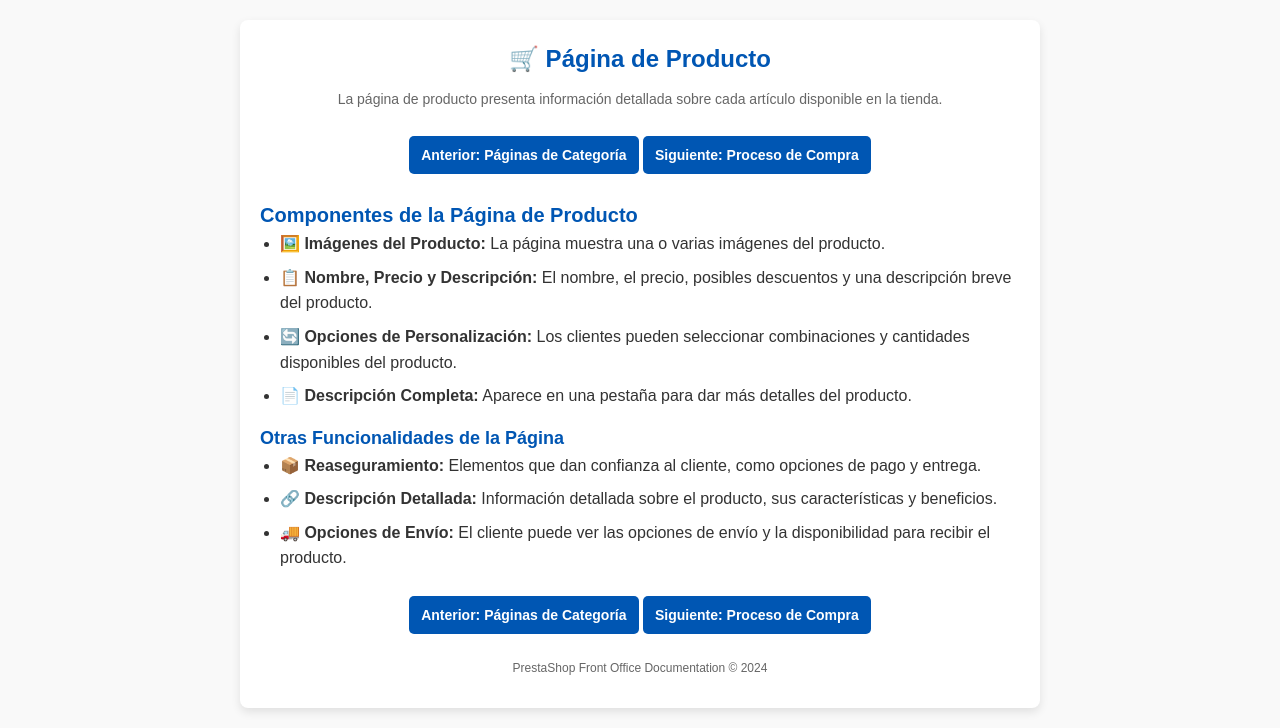
Repository: mag00s/documentacion-prestashop
Page: product-page.html
The author's editor kept a copy of each file at every save. The page is drawn from the files as they stood at one save, then again after the next save.
The browser window is 1280 px wide. The pictures show the whole page.

Above is the page before, as saved 2024-11-13 17:00:33.

### product-page.html
<!DOCTYPE html>
<html lang="es">
<head>
    <meta charset="UTF-8">
    <meta name="viewport" content="width=device-width, initial-scale=1.0">
    <title>Página de Producto - Manual</title>
    <link rel="stylesheet" href="styles.css">
</head>
<body>
    <div class="container">
        <header>
            <h1>🛒 Página de Producto</h1>
            <p>La página de producto presenta información detallada sobre cada artículo disponible en la tienda.</p>
        </header>

        <nav>
            <a href="category-page.html" class="button-link">Anterior: Páginas de Categoría</a>
            <a href="checkout.html" class="button-link">Siguiente: Proceso de Compra</a>
        </nav>

        <section>
            <h2>Componentes de la Página de Producto</h2>
            <ul>
                <li>🖼️ <strong>Imágenes del Producto:</strong> La página muestra una o varias imágenes del producto.</li>
                <li>📋 <strong>Nombre, Precio y Descripción:</strong> El nombre, el precio, posibles descuentos y una descripción breve del producto.</li>
                <li>🔄 <strong>Opciones de Personalización:</strong> Los clientes pueden seleccionar combinaciones y cantidades disponibles del producto.</li>
                <li>📄 <strong>Descripción Completa:</strong> Aparece en una pestaña para dar más detalles del producto.</li>
            </ul>

            <h3>Otras Funcionalidades de la Página</h3>
            <ul>
                <li>📦 <strong>Reaseguramiento:</strong> Elementos que dan confianza al cliente, como opciones de pago y entrega.</li>
                <li>🔗 <strong>Descripción Detallada:</strong> Información detallada sobre el producto, sus características y beneficios.</li>
                <li>🚚 <strong>Opciones de Envío:</strong> El cliente puede ver las opciones de envío y la disponibilidad para recibir el producto.</li>
            </ul>
        </section>

        <footer>
            <nav>
                <a href="category-page.html" class="button-link">Anterior: Páginas de Categoría</a>
                <a href="checkout.html" class="button-link">Siguiente: Proceso de Compra</a>
            </nav>
            <p>PrestaShop Front Office Documentation © 2024</p>
        </footer>
    </div>
</body>
</html>

### styles.css
/* General Reset */
* {
    margin: 0;
    padding: 0;
    box-sizing: border-box;
}

/* Body and Font */
body {
    font-family: Arial, sans-serif;
    line-height: 1.6;
    color: #333;
    background-color: #f9f9f9;
    padding: 20px;
}

/* Container */
.container {
    max-width: 800px;
    margin: 0 auto;
    padding: 20px;
    background-color: #fff;
    border-radius: 8px;
    box-shadow: 0px 4px 10px rgba(0, 0, 0, 0.1);
}

/* Header */
header {
    text-align: center;
    margin-bottom: 20px;
}

header h1 {
    font-size: 24px;
    color: #0056b3;
}

header p {
    font-size: 14px;
    color: #666;
}

/* Navigation */
nav {
    margin-bottom: 20px;
    text-align: center;
}

nav a {
    color: #0056b3;
    text-decoration: none;
    margin: 0 10px;
    font-weight: bold;
}

nav a:hover {
    text-decoration: underline;
}

/* Main Content */
h1, h2, h3 {
    color: #0056b3;
}

h1 {
    font-size: 24px;
    margin-bottom: 10px;
}

h2 {
    font-size: 20px;
    margin-top: 20px;
}

h3 {
    font-size: 18px;
    margin-top: 15px;
}

p, ul, ol {
    margin-bottom: 10px;
}

ul, ol {
    padding-left: 20px;
}

ul li {
    margin-bottom: 8px;
}

/* Footer Navigation */
footer {
    margin-top: 20px;
    text-align: center;
}

footer p {
    font-size: 12px;
    color: #666;
}

/* Button-like Links */
.button-link {
    display: inline-block;
    background-color: #0056b3;
    color: white;
    padding: 8px 12px;
    border-radius: 5px;
    text-decoration: none;
    margin: 5px 0;
    font-size: 14px;
}

.button-link:hover {
    background-color: #003d80;
}

After the next save:
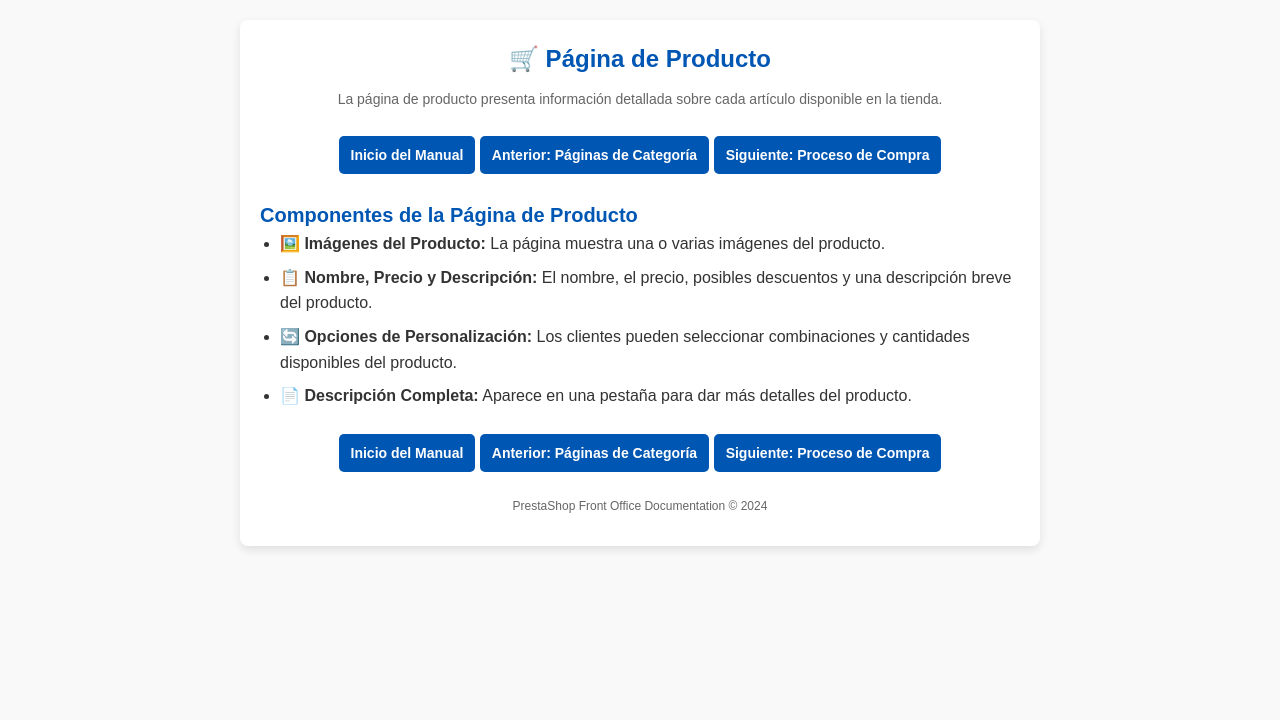
Saved 11 s later.
--- a/product-page.html
+++ b/product-page.html
@@ -14,6 +14,7 @@
         </header>
 
         <nav>
+            <a href="index.html" class="button-link">Inicio del Manual</a>
             <a href="category-page.html" class="button-link">Anterior: Páginas de Categoría</a>
             <a href="checkout.html" class="button-link">Siguiente: Proceso de Compra</a>
         </nav>
@@ -26,17 +27,11 @@
                 <li>🔄 <strong>Opciones de Personalización:</strong> Los clientes pueden seleccionar combinaciones y cantidades disponibles del producto.</li>
                 <li>📄 <strong>Descripción Completa:</strong> Aparece en una pestaña para dar más detalles del producto.</li>
             </ul>
-
-            <h3>Otras Funcionalidades de la Página</h3>
-            <ul>
-                <li>📦 <strong>Reaseguramiento:</strong> Elementos que dan confianza al cliente, como opciones de pago y entrega.</li>
-                <li>🔗 <strong>Descripción Detallada:</strong> Información detallada sobre el producto, sus características y beneficios.</li>
-                <li>🚚 <strong>Opciones de Envío:</strong> El cliente puede ver las opciones de envío y la disponibilidad para recibir el producto.</li>
-            </ul>
         </section>
 
         <footer>
             <nav>
+                <a href="index.html" class="button-link">Inicio del Manual</a>
                 <a href="category-page.html" class="button-link">Anterior: Páginas de Categoría</a>
                 <a href="checkout.html" class="button-link">Siguiente: Proceso de Compra</a>
             </nav>
